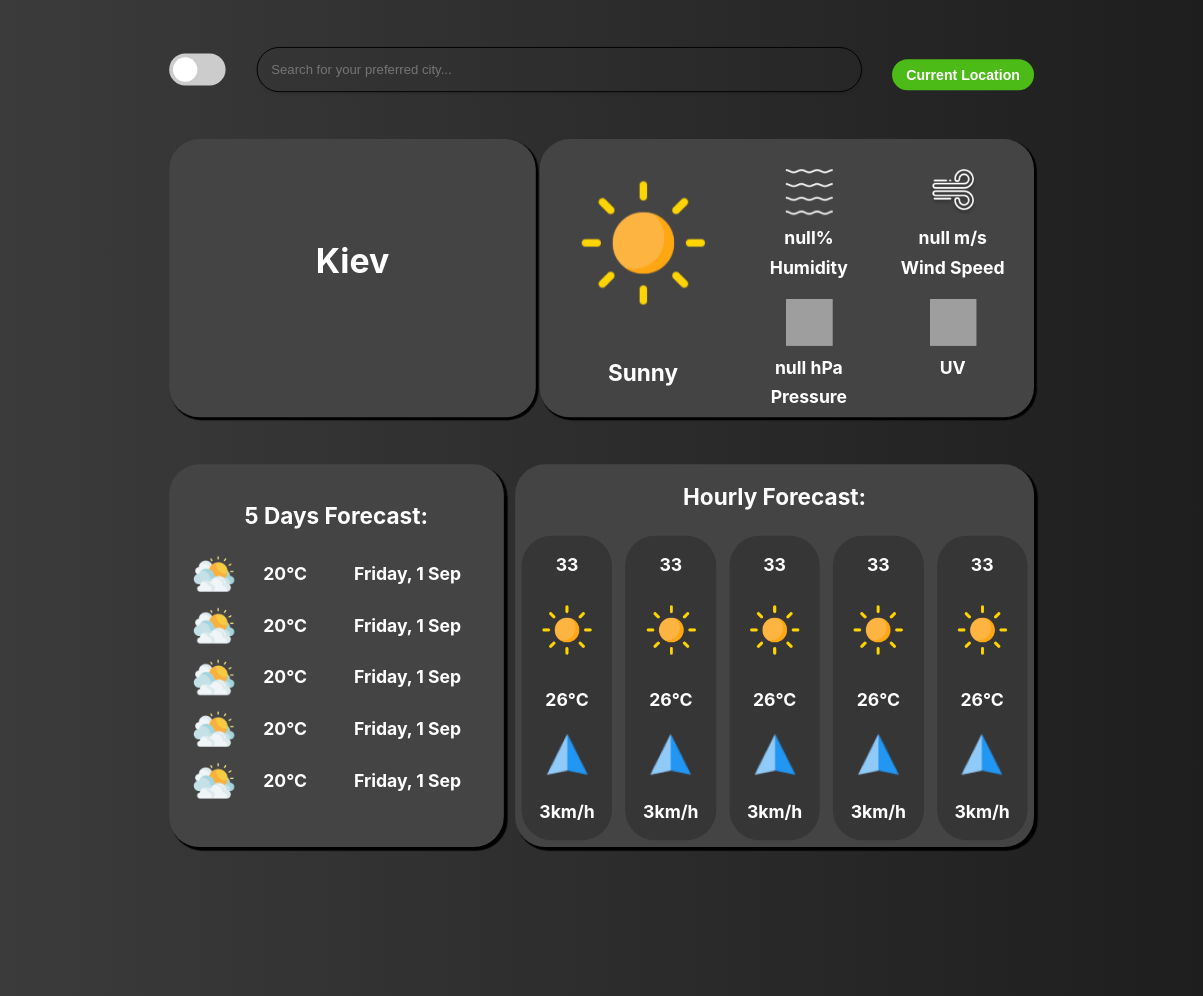
Repository: valeriibb/WeatherAPP
Page: /
An editor plug-in stored every save of this project. The page is shown before and after the next save, followed by the edit.
The browser window is 1280 px wide. The pictures show the whole page, at 94% of full size.
Pictures or frames that could not be fetched are drawn as grey boxes. The page's requests for data from a server got no answer. Some web fonts or font styles are not loaded; a fallback is used. The project was rebuilt for these pictures with package versions that can differ from the ones it lists, and the page was loaded fresh each time. No one was signed in, and anything a server would have sent is missing.

Above is the page before, as saved 2024-03-09 22:43:44.

After the next save:
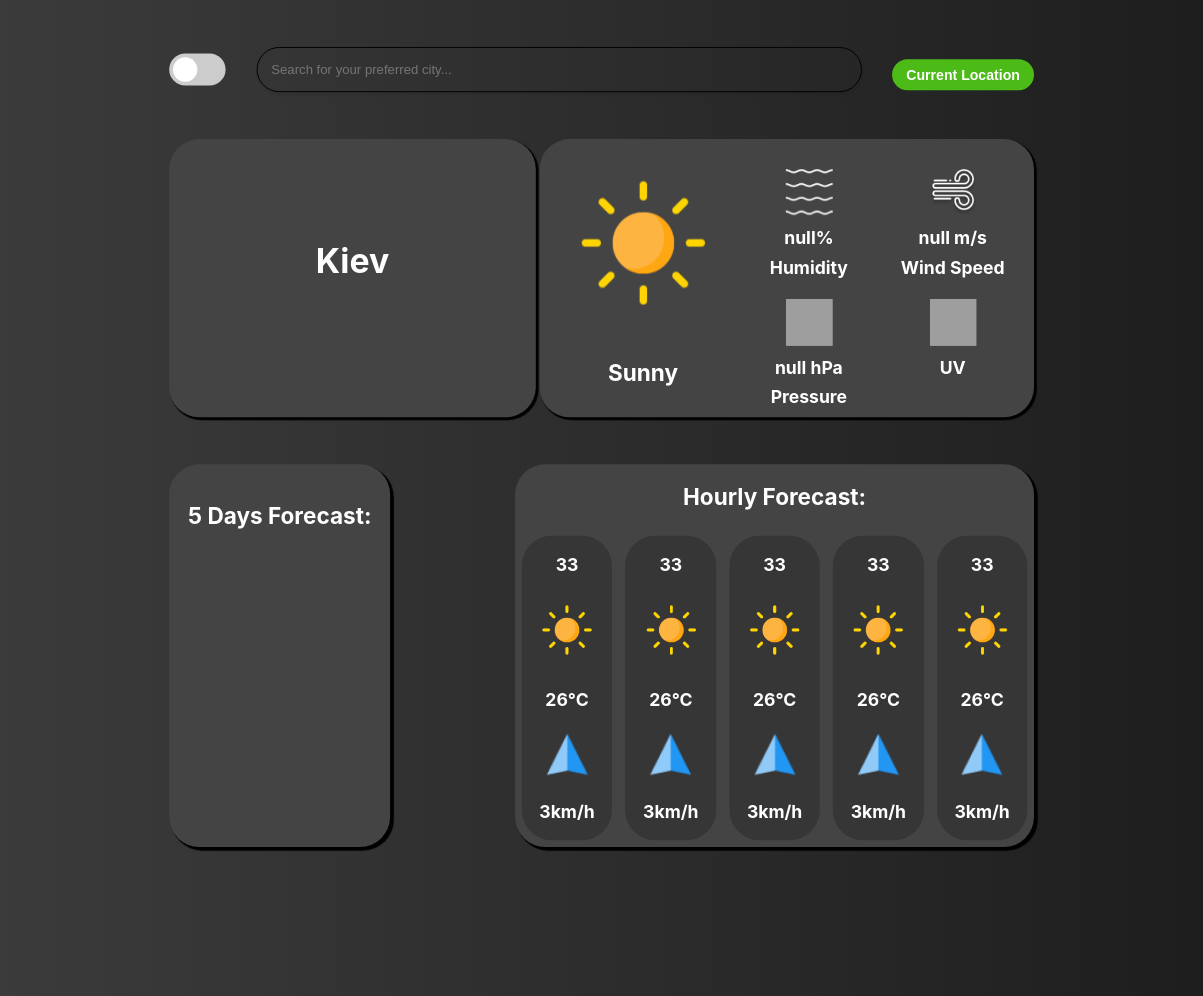
Saved 13 min 47 s later.
--- a/src/components/forecast.js
+++ b/src/components/forecast.js
@@ -1,7 +1,6 @@
+import { useState, useEffect } from 'react';
+import './forecast.css';
 
-
-
-import './forecast.css'
 function ForItem(props) {
     return (
         <div className='ForItems'>
@@ -13,18 +12,42 @@
 }
 
 export default function Forecast() {
+    const [forecastData, setForecastData] = useState([]);
+
+    useEffect(() => {
+        // Функция для загрузки данных о прогнозе погоды
+        async function fetchForecast() {
+            try {
+                const response = await fetch(`API_URL_HERE`);
+                const data = await response.json();
+                // Здесь data содержит данные о прогнозе погоды на ближайшие 5 дней
+                // Например, data.list может содержать прогнозы на каждый из этих дней
+
+                // Обновляем состояние forecastData с полученными данными
+                setForecastData(data.list);
+            } catch (error) {
+                console.error('Error fetching forecast:', error);
+            }
+        }
+
+        // Вызываем функцию загрузки данных о прогнозе при монтировании компонента
+        fetchForecast();
+    }, []);
+
     return (
         <div className="Forecast">
             <h2>5 Days Forecast:</h2>
             <div className="ForecastItems">
-                <ForItem img='./clouds 1.png' data='20°C' text='Friday, 1 Sep'/>
-                <ForItem img='./clouds 1.png' data='20°C' text='Friday, 1 Sep'/>
-                <ForItem img='./clouds 1.png' data='20°C' text='Friday, 1 Sep'/>
-                <ForItem img='./clouds 1.png' data='20°C' text='Friday, 1 Sep'/>
-                <ForItem img='./clouds 1.png' data='20°C' text='Friday, 1 Sep'/>
+                {/* Отображаем каждый элемент прогноза из состояния forecastData */}
+                {forecastData.map((forecast, index) => (
+                    <ForItem
+                        key={index}
+                        img='./clouds 1.png'  // Предположим, что это изображение для облаков
+                        data={`${forecast.main.temp}°C`}  // Используем температуру из прогноза
+                        text={forecast.dt_txt}  // Используем дату и время из прогноза
+                    />
+                ))}
             </div>
-
         </div>
-
     );
 }

After the 6 saves that followed:
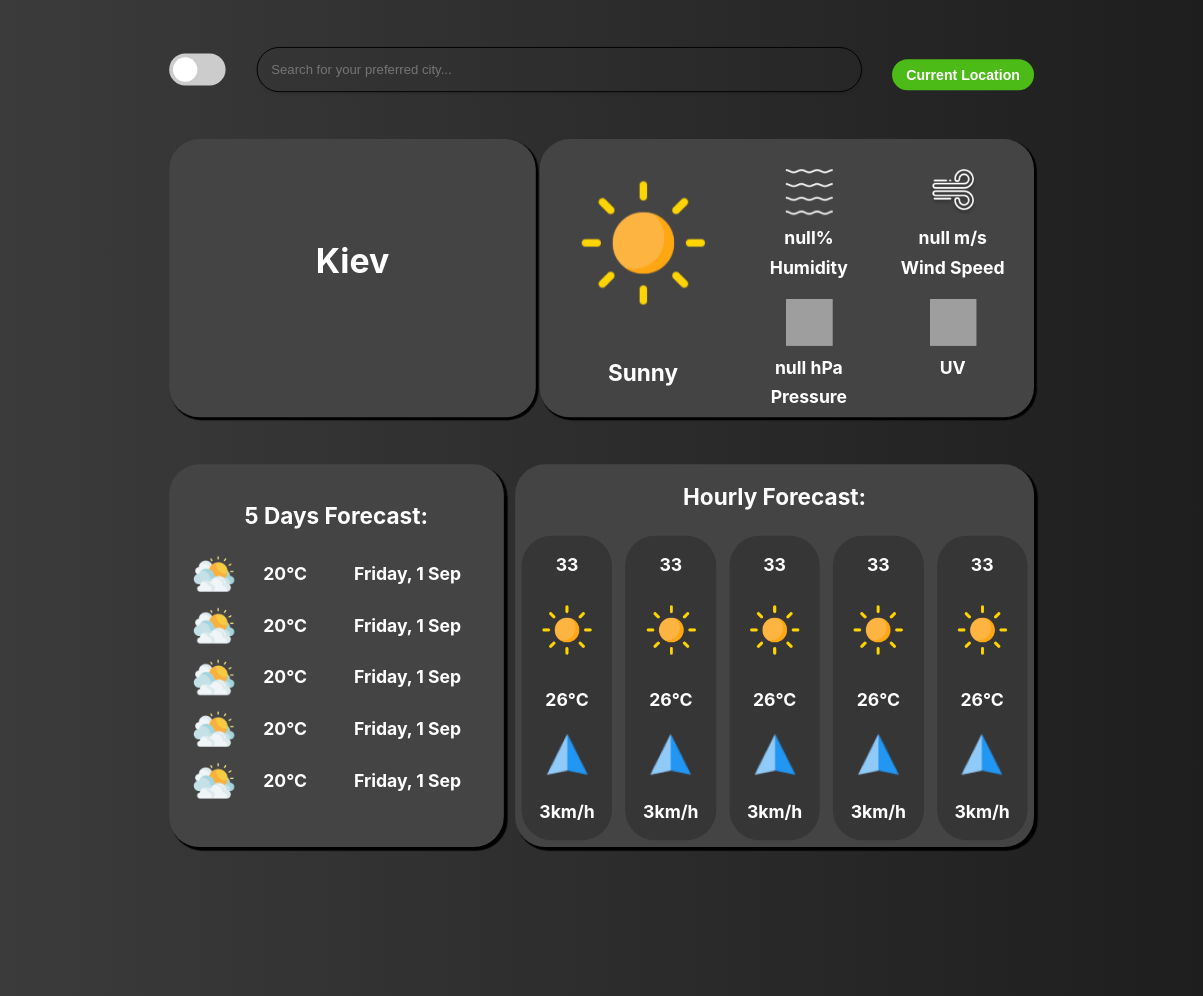
The 6 saves are shown as one change because 4 left the picture as it was and some came seconds apart.
The last was saved 14 min 37 s later.
--- a/src/components/forecast.js
+++ b/src/components/forecast.js
@@ -1,6 +1,7 @@
-import { useState, useEffect } from 'react';
-import './forecast.css';
 
+
+
+import './forecast.css'
 function ForItem(props) {
     return (
         <div className='ForItems'>
@@ -12,42 +13,18 @@
 }
 
 export default function Forecast() {
-    const [forecastData, setForecastData] = useState([]);
-
-    useEffect(() => {
-        // Функция для загрузки данных о прогнозе погоды
-        async function fetchForecast() {
-            try {
-                const response = await fetch(`API_URL_HERE`);
-                const data = await response.json();
-                // Здесь data содержит данные о прогнозе погоды на ближайшие 5 дней
-                // Например, data.list может содержать прогнозы на каждый из этих дней
-
-                // Обновляем состояние forecastData с полученными данными
-                setForecastData(data.list);
-            } catch (error) {
-                console.error('Error fetching forecast:', error);
-            }
-        }
-
-        // Вызываем функцию загрузки данных о прогнозе при монтировании компонента
-        fetchForecast();
-    }, []);
-
     return (
         <div className="Forecast">
             <h2>5 Days Forecast:</h2>
             <div className="ForecastItems">
-                {/* Отображаем каждый элемент прогноза из состояния forecastData */}
-                {forecastData.map((forecast, index) => (
-                    <ForItem
-                        key={index}
-                        img='./clouds 1.png'  // Предположим, что это изображение для облаков
-                        data={`${forecast.main.temp}°C`}  // Используем температуру из прогноза
-                        text={forecast.dt_txt}  // Используем дату и время из прогноза
-                    />
-                ))}
+                <ForItem img='./clouds 1.png' data='20°C' text='Friday, 1 Sep'/>
+                <ForItem img='./clouds 1.png' data='20°C' text='Friday, 1 Sep'/>
+                <ForItem img='./clouds 1.png' data='20°C' text='Friday, 1 Sep'/>
+                <ForItem img='./clouds 1.png' data='20°C' text='Friday, 1 Sep'/>
+                <ForItem img='./clouds 1.png' data='20°C' text='Friday, 1 Sep'/>
             </div>
+
         </div>
+
     );
 }
